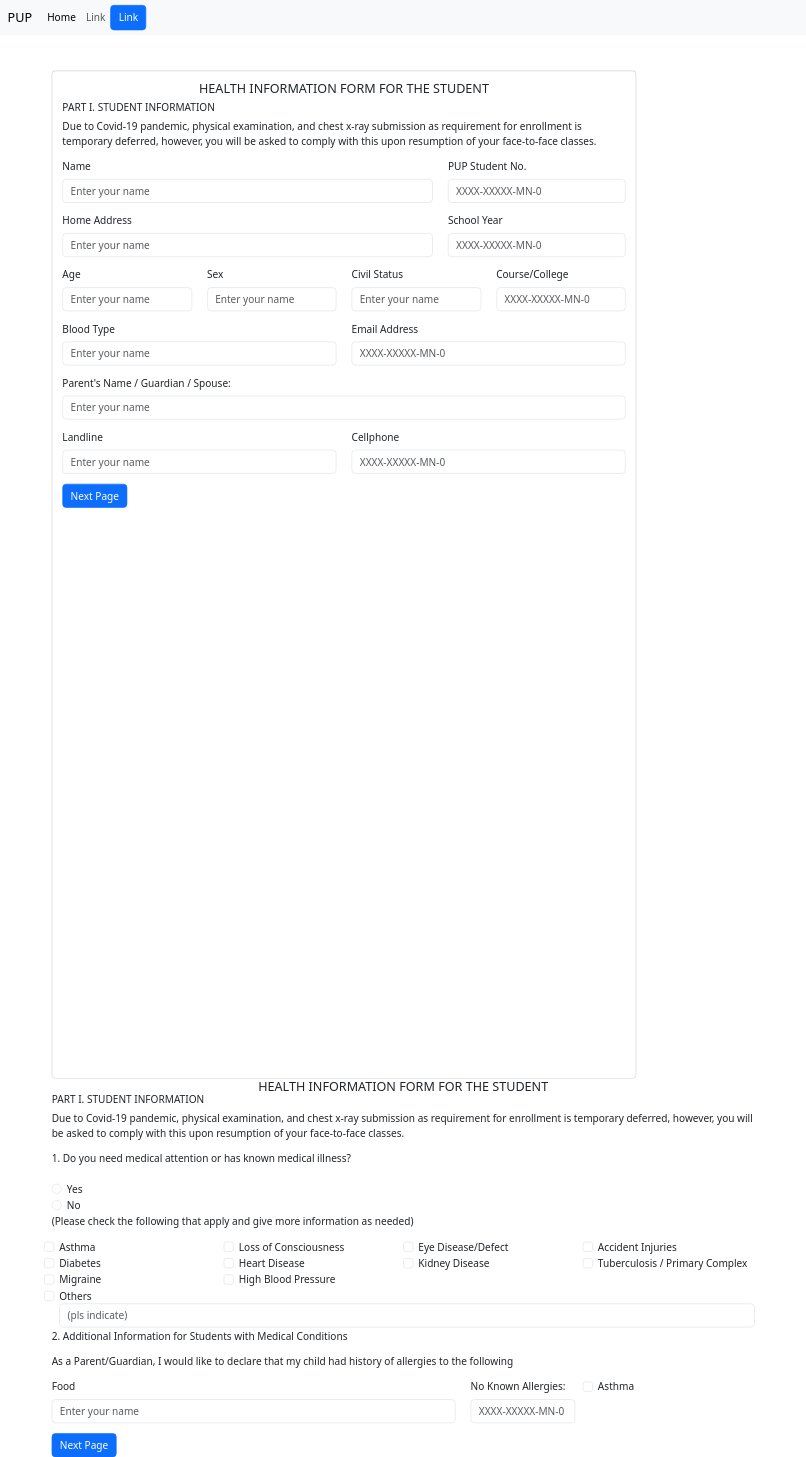
Repository: Nicktacku/webdev
Page: form.html
These files come from the project's save history. The page is drawn as it stood at one moment and after the next save; the edit follows.
The browser window is 1280 px wide. The pictures show the whole page, at 63% of full size.

Above is the page before, as saved 2024-07-15 18:59:57.

### form.html
<!DOCTYPE html>
<html lang="en">
  <head>
    <meta charset="UTF-8" />
    <meta name="viewport" content="width=device-width, initial-scale=1.0" />
    <title>Document</title>
    <link
      href="https://cdn.jsdelivr.net/npm/bootstrap@5.3.3/dist/css/bootstrap.min.css"
      rel="stylesheet"
      integrity="sha384-QWTKZyjpPEjISv5WaRU9OFeRpok6YctnYmDr5pNlyT2bRjXh0JMhjY6hW+ALEwIH"
      crossorigin="anonymous"
    />
  </head>
  <body>
    <!-- Navbar -->
    <nav class="navbar navbar-expand-lg bg-body-tertiary">
        <div class="container-fluid">
          <a class="navbar-brand" href="#">PUP</a>
          <button
            class="navbar-toggler"
            type="button"
            data-bs-toggle="collapse"
            data-bs-target="#navbarSupportedContent"
            aria-controls="navbarSupportedContent"
            aria-expanded="false"
            aria-label="Toggle navigation"
          >
            <span class="navbar-toggler-icon"></span>
          </button>
          <div class="collapse navbar-collapse" id="navbarSupportedContent">
            <ul class="navbar-nav me-auto mb-2 mb-lg-0">
              <li class="nav-item">
                <a class="nav-link active" aria-current="page" href="#">Home</a>
              </li>
              <li class="nav-item">
                <a class="nav-link" href="#">Link</a>
              </li>

              <a class="btn btn-primary" href="form.html" role="button">Link</a>
          </div>
        </div>
      </nav>

    <div
      class="container mt-2 pt-5"
    >


    <div class="card" style="width: 58rem; height: 100rem">

        <!-- section 1 -->
        <div class="card-body" id="section-1">
          <h5 class="card-title d-flex justify-content-center">HEALTH INFORMATION FORM FOR THE STUDENT</h5>
          <h6 class="card-text">PART I. STUDENT INFORMATION</h6>
          <p class="card-text">Due to Covid-19 pandemic, physical examination, and chest x-ray submission as requirement for enrollment is
            temporary deferred, however, you will be asked to comply with this upon resumption of your face-to-face classes.</p>

            <div class="row">
                <div class="col-8">
                    <div class="mb-3">
                        <label for="name" class="form-label">Name</label>
                        <input type="text" class="form-control" id="name-input" placeholder="Enter your name">
                      </div>
                </div>
                <div class="col">
                    <div class="mb-3">
                        <label for="name" class="form-label">PUP Student No.</label>
                        <input type="text" class="form-control" id="name-input" placeholder="XXXX-XXXXX-MN-0">
                      </div>
                </div>
            </div>

            <div class="row">
                <div class="col-8">
                    <div class="mb-3">
                        <label for="name" class="form-label">Home Address</label>
                        <input type="text" class="form-control" id="name-input" placeholder="Enter your name">
                      </div>
                </div>
                <div class="col">
                    <div class="mb-3">
                        <label for="name" class="form-label">School Year</label>
                        <input type="text" class="form-control" id="name-input" placeholder="XXXX-XXXXX-MN-0">
                      </div>
                </div>
            </div>

            <div class="row">
                <div class="col-3">
                    <div class="mb-3">
                        <label for="name" class="form-label">Age</label>
                        <input type="text" class="form-control" id="name-input" placeholder="Enter your name">
                      </div>
                </div>
                <div class="col-3">
                    <div class="mb-3">
                        <label for="name" class="form-label">Sex</label>
                        <input type="text" class="form-control" id="name-input" placeholder="Enter your name">
                      </div>
                </div>
                <div class="col-3">
                    <div class="mb-3">
                        <label for="name" class="form-label">Civil Status</label>
                        <input type="text" class="form-control" id="name-input" placeholder="Enter your name">
                      </div>
                </div>
                <div class="col">
                    <div class="mb-3">
                        <label for="name" class="form-label">Course/College</label>
                        <input type="text" class="form-control" id="name-input" placeholder="XXXX-XXXXX-MN-0">
                      </div>
                </div>
            </div>

            <div class="row">
                <div class="col-6">
                    <div class="mb-3">
                        <label for="name" class="form-label">Blood Type</label>
                        <input type="text" class="form-control" id="name-input" placeholder="Enter your name">
                      </div>
                </div>
                <div class="col">
                    <div class="mb-3">
                        <label for="name" class="form-label">Email Address</label>
                        <input type="text" class="form-control" id="name-input" placeholder="XXXX-XXXXX-MN-0">
                      </div>
                </div>
            </div>

            <div class="row">
                <div class="col">
                    <div class="mb-3">
                        <label for="name" class="form-label">Parent's Name / Guardian / Spouse:</label>
                        <input type="text" class="form-control" id="name-input" placeholder="Enter your name">
                      </div>
                </div>
            </div>

            <div class="row">
                <div class="col-6">
                    <div class="mb-3">
                        <label for="name" class="form-label">Landline</label>
                        <input type="text" class="form-control" id="name-input" placeholder="Enter your name">
                      </div>
                </div>
                <div class="col">
                    <div class="mb-3">
                        <label for="name" class="form-label">Cellphone</label>
                        <input type="text" class="form-control" id="name-input" placeholder="XXXX-XXXXX-MN-0">
                      </div>
                </div>
            </div>

          <a href="#" class="btn btn-primary">Next Page</a>
        </div>
      </div>

      <!-- Section 2 -->
      <div class="card-body" id="section-2">
        <h5 class="card-title d-flex justify-content-center">HEALTH INFORMATION FORM FOR THE STUDENT</h5>
        <h6 class="card-text">PART I. STUDENT INFORMATION</h6>
        <p class="card-text">Due to Covid-19 pandemic, physical examination, and chest x-ray submission as requirement for enrollment is
          temporary deferred, however, you will be asked to comply with this upon resumption of your face-to-face classes.</p>

          <div class="row">
            <div class="col-12">
                <div class="mb-3">
                    <label for="name" class="form-label">1. Do you need medical attention or has known medical illness?</label>
                </div>
                <div class="form-check">
                    <input class="form-check-input" type="radio" name="flexRadioDefault" id="flexRadioDefault1">
                    <label class="form-check-label" for="flexRadioDefault1">
                      Yes
                    </label>
                  </div>
                  <div class="form-check">
                    <input class="form-check-input" type="radio" name="flexRadioDefault" id="flexRadioDefault2">
                    <label class="form-check-label" for="flexRadioDefault2">
                      No
                    </label>
                  </div>

                  <div class="row">
                    <p class="col-12">(Please check the following that apply and give more information as needed)</p>
                    <div class="form-check col-3">
                        <input class="form-check-input" type="checkbox" value="" id="flexCheckDefault">
                        <label class="form-check-label" for="flexCheckDefault">
                          Asthma
                    </label>
                    </div>
                    <div class="form-check col-3">
                        <input class="form-check-input" type="checkbox" value="" id="flexCheckDefault">
                        <label class="form-check-label" for="flexCheckDefault">
                            Loss of Consciousness
                    </label>
                    </div>
                    <div class="form-check col-3">
                        <input class="form-check-input" type="checkbox" value="" id="flexCheckDefault">
                        <label class="form-check-label" for="flexCheckDefault">
                            Eye Disease/Defect
                    </label>
                    </div>
                    <div class="form-check col-3">
                        <input class="form-check-input" type="checkbox" value="" id="flexCheckDefault">
                        <label class="form-check-label" for="flexCheckDefault">
                            Accident Injuries
                    </label>
                    </div>
                    <div class="form-check col-3">
                        <input class="form-check-input" type="checkbox" value="" id="flexCheckDefault">
                        <label class="form-check-label" for="flexCheckDefault">
                            Diabetes
                    </label>
                    </div>
                    <div class="form-check col-3">
                        <input class="form-check-input" type="checkbox" value="" id="flexCheckDefault">
                        <label class="form-check-label" for="flexCheckDefault">
                            Heart Disease
                    </label>
                    </div>
                    <div class="form-check col-3">
                        <input class="form-check-input" type="checkbox" value="" id="flexCheckDefault">
                        <label class="form-check-label" for="flexCheckDefault">
                            Kidney Disease
                    </label>
                    </div>
                    <div class="form-check col-3">
                        <input class="form-check-input" type="checkbox" value="" id="flexCheckDefault">
                        <label class="form-check-label" for="flexCheckDefault">
                            Tuberculosis / Primary Complex
                    </label>
                    </div>
                    <div class="form-check col-3">
                        <input class="form-check-input" type="checkbox" value="" id="flexCheckDefault">
                        <label class="form-check-label" for="flexCheckDefault">
                            Migraine
                    </label>
                    </div>
                    <div class="form-check col-3">
                        <input class="form-check-input" type="checkbox" value="" id="flexCheckDefault">
                        <label class="form-check-label" for="flexCheckDefault">
                            High Blood Pressure
                    </label>
                    </div>
                    <div class="form-check col-12">
                        <input class="form-check-input" type="checkbox" value="" id="flexCheckDefault">
                        <label class="form-check-label" for="flexCheckDefault">
                            Others
                        </label>
                        <input type="text" class="form-control" id="name-input" placeholder="(pls indicate)">
                    </div>
                  </div>
            </div>

            <div class="col">
                <p>2. Additional Information for Students with Medical Conditions</p>
                <p>As a Parent/Guardian, I would like to declare that my child had history of allergies to the following</p>

                <div class="row">
                    <div class="col-7">
                        <div class="mb-3">
                            <label for="name" class="form-label">Food</label>
                            <input type="text" class="form-control" id="name-input" placeholder="Enter your name">
                          </div>
                    </div>
                    <div class="col">
                        <div class="mb-3">
                            <label for="name" class="form-label">No Known Allergies:</label>
                            <input type="text" class="form-control" id="name-input" placeholder="XXXX-XXXXX-MN-0">
                          </div>
                    </div>


                        <div class="form-check col-3">
                            <input class="form-check-input" type="checkbox" value="" id="flexCheckDefault">
                            <label class="form-check-label" for="flexCheckDefault">
                              Asthma
                        </label>
                        </div>
                </div>

            </div>
          </div>

        <a href="#" class="btn btn-primary">Next Page</a>
      </div>
    </div>


    <script
      src="https://cdn.jsdelivr.net/npm/bootstrap@5.3.3/dist/js/bootstrap.bundle.min.js"
      integrity="sha384-YvpcrYf0tY3lHB60NNkmXc5s9fDVZLESaAA55NDzOxhy9GkcIdslK1eN7N6jIeHz"
      crossorigin="anonymous"
    ></script>
  </body>
</html>

After the next save:
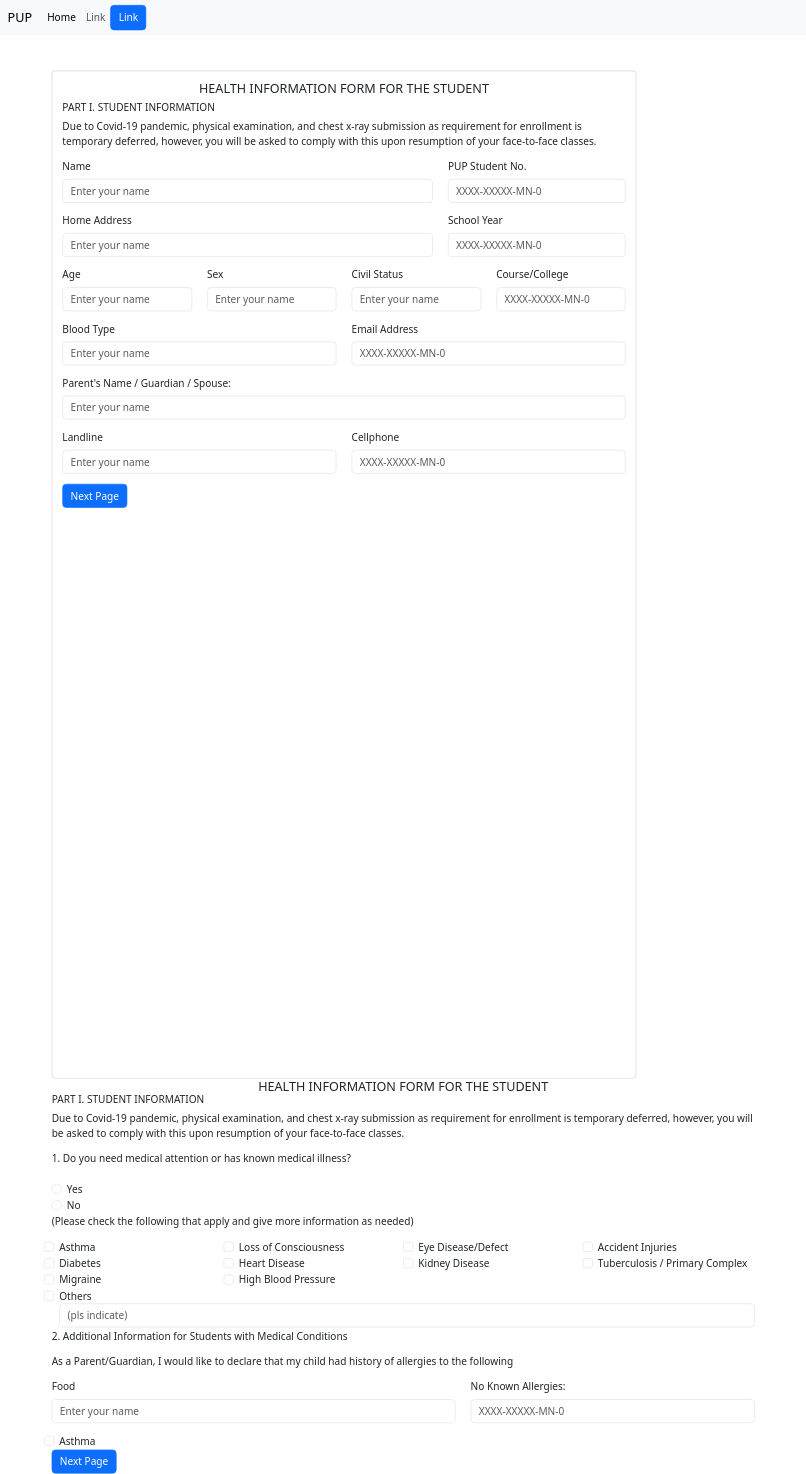
Saved 18 s later.
--- a/form.html
+++ b/form.html
@@ -263,7 +263,7 @@
                             <input type="text" class="form-control" id="name-input" placeholder="Enter your name">
                           </div>
                     </div>
-                    <div class="col">
+                    <div class="col-5">
                         <div class="mb-3">
                             <label for="name" class="form-label">No Known Allergies:</label>
                             <input type="text" class="form-control" id="name-input" placeholder="XXXX-XXXXX-MN-0">
